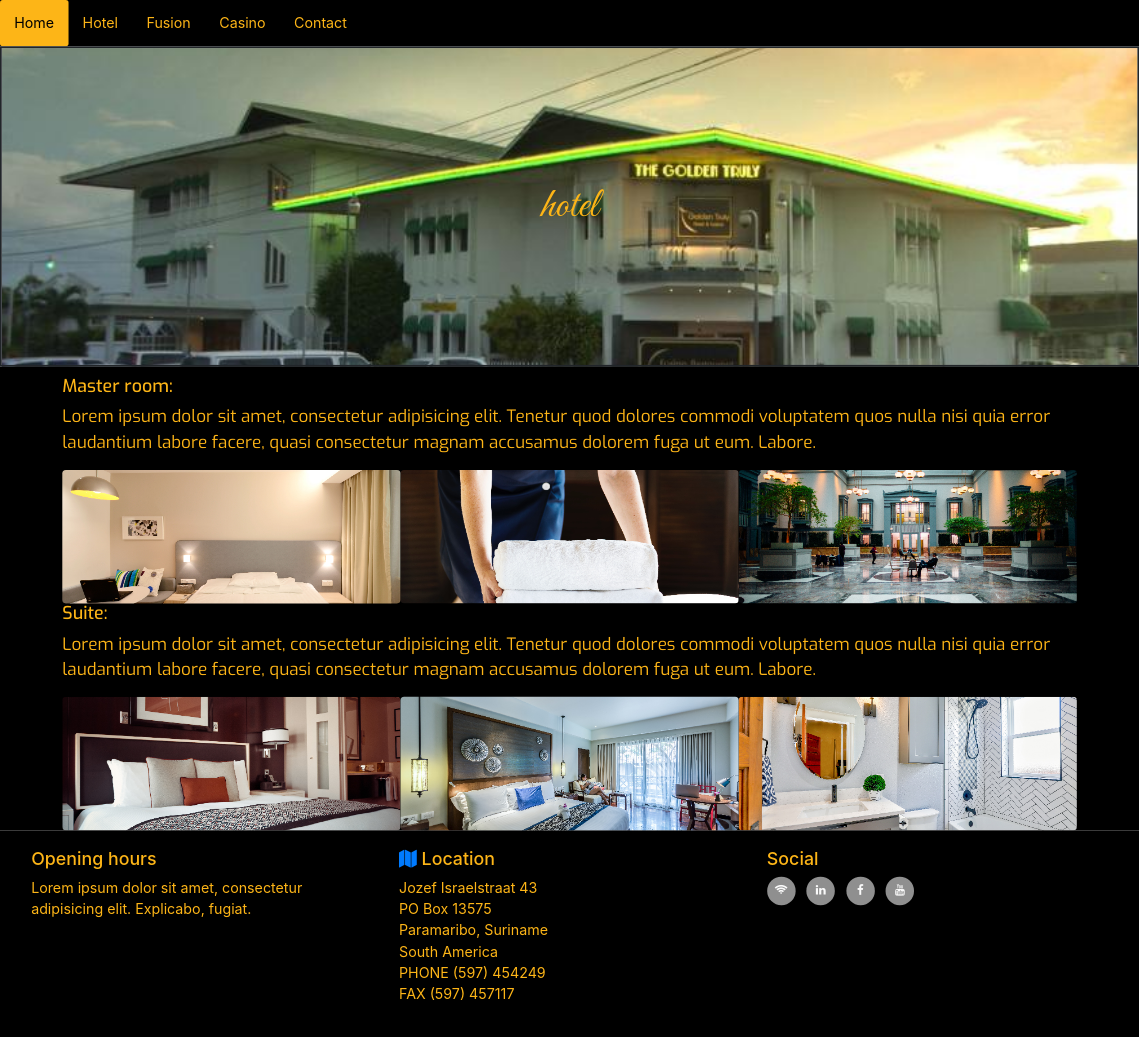
Repository: Code-Institute-Submissions/anthonycaf-Milestone1
Page: hotel.html
The author's editor kept a record of every edit. The page is drawn from the files as they stood at one moment, then again after the next edit.
The browser window is 1280 px wide. The pictures show the whole page, at 89% of full size.

Above is the page before.

### hotel.html
<!DOCTYPE html>
<html lang="en">

<head>
 <meta charset="UTF-8">
 <meta name="viewport" content="width=device-width, initial-scale=1.0">
 <meta http-equiv="X-UA-Compatible" content="ie=edge">
 <!--             links/bootstrap/fontawsome    -->
 <link rel="stylesheet" href="https://stackpath.bootstrapcdn.com/font-awesome/4.7.0/css/font-awesome.min.css" type="text/css" />
 <link rel="stylesheet" href="https://stackpath.bootstrapcdn.com/bootstrap/4.3.1/css/bootstrap.min.css" type="text/css" />
 <!--             main/css                      -->
 <link rel="stylesheet" href="./css/style.css" type="text/css" />
 <title>Golden Truly Hotel</title>
</head>

<body>
 <header>
  <ul Id="nav-bar">
   <li class="nav-bar-item"><a class="nav-link-item" href="index.html">Home</a></li>
   <li class="nav-bar-item"><a class="nav-link-item" href="hotel.html">Hotel</a></li>
   <li class="nav-bar-item"><a class="nav-link-item" href="fusion.html">Fusion</a></li>
   <li class="nav-bar-item"><a class="nav-link-item" href="casino.html">Casino</a></li>
   <li class="nav-bar-item"><a class="nav-link-item" href="contact.html">Contact</a></li>
  </ul>
  <div class="bg-image-title">
   <a href="index.html" class="img"></a>
   <h1 class="uppercase text-center" id="title">hotel</h1>
  </div>
 </header>
 <main>
  <div class="container">
   <div class="row now gutters">
    <h5 class="uppercase text-center">Master room:</h5>
    <p>Lorem ipsum dolor sit amet, consectetur adipisicing elit. Tenetur quod dolores commodi voluptatem quos nulla nisi quia error laudantium labore facere, quasi consectetur magnam accusamus dolorem fuga ut eum. Labore.</p>
    <div class="master-img1 col-4 bg-img-size">
     <a href="index.html"></a></div>
    <div class="master-img2 col-4 bg-img-size">
     <a href="hotel.html"></a></div>
    <div class="master-img3 col-4 bg-img-size">
     <a href="hotel.html"></a></div>
   </div>
  </div>
  <div class="container">
   <div class="row now gutters">
    <h5 class="uppercase text-center">Suite:</h5>
    <p>Lorem ipsum dolor sit amet, consectetur adipisicing elit. Tenetur quod dolores commodi voluptatem quos nulla nisi quia error laudantium labore facere, quasi consectetur magnam accusamus dolorem fuga ut eum. Labore.</p>
    <div class="suite-img1 col-4 bg-img-size">
     <a href="hotel.html"></a></div>
    <div class="suite-img2 col-4 bg-img-size">
     <a href="hotel.html"></a></div>
    <div class="suite-img3 col-4 bg-img-size">
     <a href="hotel.html"></a></div>
   </div>
  </div>
 </main>
 <footer class="container-fluid">
  <div id="footer-details" class="row">
   <div class="col-sm-4">
    <h5 class="uppercase general-sub">Opening hours</h5>
    <p class="inline-block">
     Lorem ipsum dolor sit amet, consectetur adipisicing elit. Explicabo, fugiat.
    </p>
   </div>
   <div class="col-sm-4">
    <h5 class="uppercase general-sub"> <a href="assets/cv/sample-cv.pdf" target="_blank" class="cv-pdf">
        <i class="fa fa-map marker alt" aria-hidden="true"></i>
        <span class="sr-only">Map link.</span>
       </a>Location</h5>
    <p class="inline-block">Jozef Israelstraat 43<br> PO Box 13575<br> Paramaribo, Suriname<br> South America<br> PHONE (597) 454249<br> FAX (597) 457117
    </p>

   </div>
   <div class="col-sm-4">
    <h5 class="uppercase general-sub">Social</h5>
    <ul class="list-inline social-links">
     <li class="list-inline-item">
      <a href="#" target="_blank">
          <i class="fa fa-wifi" aria-hidden="true"></i>
          <span class="sr-only">wifi</span>
         </a>
     </li>
     <li class="list-inline-item">
      <a href="#" target="_blank">
          <i class="fa fa-linkedin" aria-hidden="true"></i>
          <span class="sr-only">Linkedin</span>
         </a>
     </li>

     <li class="list-inline-item">
      <a href="#" target="_blank">
          <i class="fa fa-facebook" aria-hidden="true"></i>
          <span class="sr-only">facebook</span>
         </a>
     </li>

     <li class="list-inline-item">
      <a href="#" target="_blank">
          <i class="fa fa-youtube" aria-hidden="true"></i>
          <span class="sr-only">youtube</span>
         </a>
     </li>
    </ul>
   </div>
  </div>
 </footer>


</body>

</html>

### css/style.css
 /*------------google-fonts----------*/

 @import url('https://fonts.googleapis.com/css?family=Exo:100,200,300,400,500,600,700|Great+Vibes&display=swap:100,200,300,400,500,600,700');

 body {
     margin: 0;
 }

 /*------------- images --------------*/

 .master-img1 {
     background-image: url(../images/master1.jpg);
 }

 .master-img2 {
     background-image: url(../images/housekeeping.jpg);
 }

 .master-img3 {
     background-image: url(../images/design-lobby-ceiling.jpg);
 }

 .suite-img1 {
     background-image: url(../images/suit1.jpg);
 }

 .suite-img2 {
     background-image: url(../images/suite2.jpg);
 }

 .suite-img3 {
     background-image: url(../images/suite3.jpg);
 }

 .bg-image-title {
     background: url("../images/golden-truly-hotel.jpg");
 }

 /*------------main----------*/

 main {
     font-family: "Exo", sans-serif;
     font-size: 1.2em;
     width: 100%;
     background-color: #000000;
     color: #fdb517;
     margin: 0 auto;
     padding-top: 10px;

 }

 .bg-image-title {
     background-clip: border-box;
     background-position: center;
     background-repeat: no-repeat;
     background-size: cover;
     transition: all .5s ease-in-out;
     -moz-transition: all .5s ease-in-out;
     -webkit-transition: all .5s ease-in-out;
     height: 360px;
     border: 2px solid;
 }

 #title {
     color: #fdb517;
     font-family: "Great Vibes", sans-serif;
     font-size: 3em;
     text-align: center;
     padding-top: 150px;
 }

 #welcome {
     color: #fdb517;
     font-family: "Great Vibes", sans-serif;
     font-size: 2.5em;

 }

 .dl-list {
     max-width: 70%;
 }

 .section {
     padding-top: 10px;
     padding-bottom: 10px;
     margin: 0 auto;
     max-width: 70%;
 }

 /*-----------main nav-bar----------*/

 #nav-bar {
     width: 100vw;
     list-style-type: none;
     margin: 0;
     padding: 0;
     overflow: hidden;
     background-color: #000;
 }

 .nav-bar-item {
     float: left;
 }

 .nav-bar-item .nav-link-item {
     display: inline-block;
     color: #fdb517;
     text-align: center;
     padding: 8px 8px;
     text-decoration: none;
 }

 .nav-bar-item .nav-link-item:hover {
     background-color: #fdb517;
     color: #000000;
     border-radius: 3px;
     transition: all .8s ease-in-out;
 }

 .nav-bar-item {
     display: inline-block;
 }


 dd {
     color: #fafafa;
 }

 .room-services-item {
     margin-bottom: 0px;
     border-bottom-width: 20px;
     padding-bottom: 40px;
 }

 /*----------------iframe -----------*/

 iframe {
     width: 100%;
     height: 360px;
     border: none;
     margin: 0;
 }

 /*-----------main footer----------*/

 .container-fluid {
     background-color: #000000;
     color: #fdb517;

 }

 footer {
     background-color: #525252;
     color: #fafafa;
     min-height: 120px;
     margin: 0;
     padding: 0;
 }

 .social-links {
     padding-bottom: 15px;
 }

 .social-links li a i {
     width: 32px;
     height: 32px;
     padding: 12px 0;
     border-radius: 50%;
     font-size: 13px;
     line-height: 7px;
     text-align: center;
     color: #fafafa;
     background-color: #8f8f8f;
     transition: all 0.35s ease-in-out;
     -moz-transition: all 0.35s ease-in-out;
     -webkit-transition: all 0.35s ease-in-out;
     -o-transition: all 0.35s ease-in-out;
 }

 .social-links li a i:hover {
     background: #fdb517;
 }

 #footer-details {
     padding: 20px;
 }

 /*-----------hotel.html----------*/

 .bg-img-size {
     img
  border: 1px solid #ddd;
  border-radius: 4px;
  padding: 5px;
  width: 150px;




     background-clip: border-box;
     background-position: center;
     background-repeat: no-repeat;
     background-size: cover;
     width: 33.3%;
     height: 150px;
 }
 .bg-img-size:hover {
  box-shadow: 0 0 2px 1px rgba(0, 140, 186, 0.5);
}
 /*----------- contact.html/form --------*/

 .contact-heading,
 .contact-thanks {
     font-family: "Great Vibes", sans-serif;
     font-weight: 300;
     margin-top: 25px;
     margin-bottom: 20px;

 }

 form {
     padding-top: 10px;
     margin: 0 auto;
     max-width: 70%;
 }

 button[type="submit"] {
     margin-top: 15px;
     margin-bottom: 20px;
     color: #fdb517;
     background-color: #000000;

 }

 /*-------------------------------------Media queries*/

 @media(min-width: 992px) {
     .center-form {
         padding-top: 30px;
         min-height: 240px;
         margin: 0 auto;
         max-width: 50%;
     }
     .section {
         padding-top: 30px;
         padding-bottom: 30px;
         margin: 0 auto;
         max-width: 70%;
     }
     .dl-list {
         max-width: 70%;
     }
     .nav-bar-item .nav-link-item {
         padding: 14px 16px;
     }
 }

After the next edit:
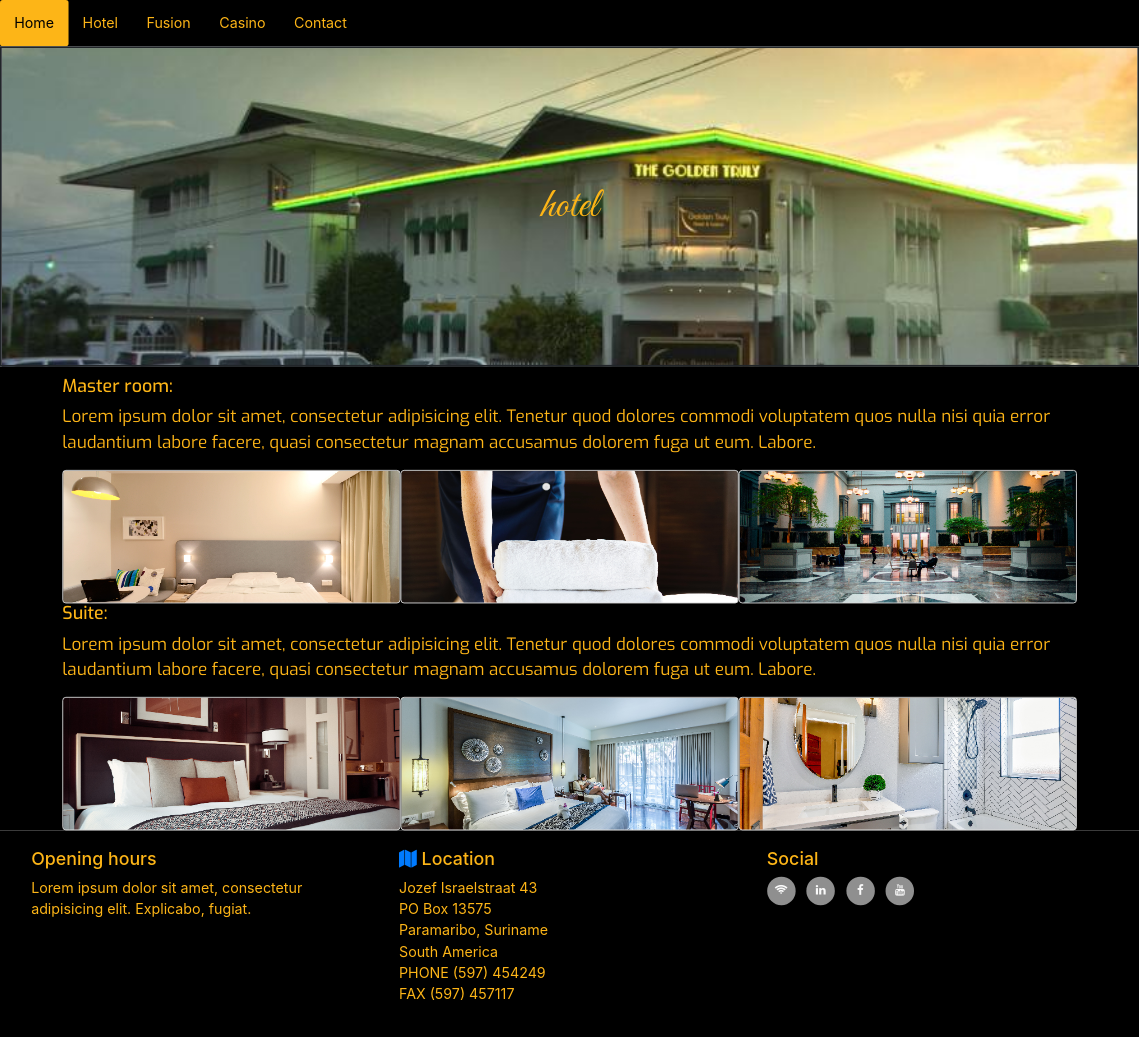
The edit:
--- a/css/style.css
+++ b/css/style.css
@@ -188,7 +188,7 @@
  /*-----------hotel.html----------*/
 
  .bg-img-size {
-     img
+
   border: 1px solid #ddd;
   border-radius: 4px;
   padding: 5px;

After the edit that followed:
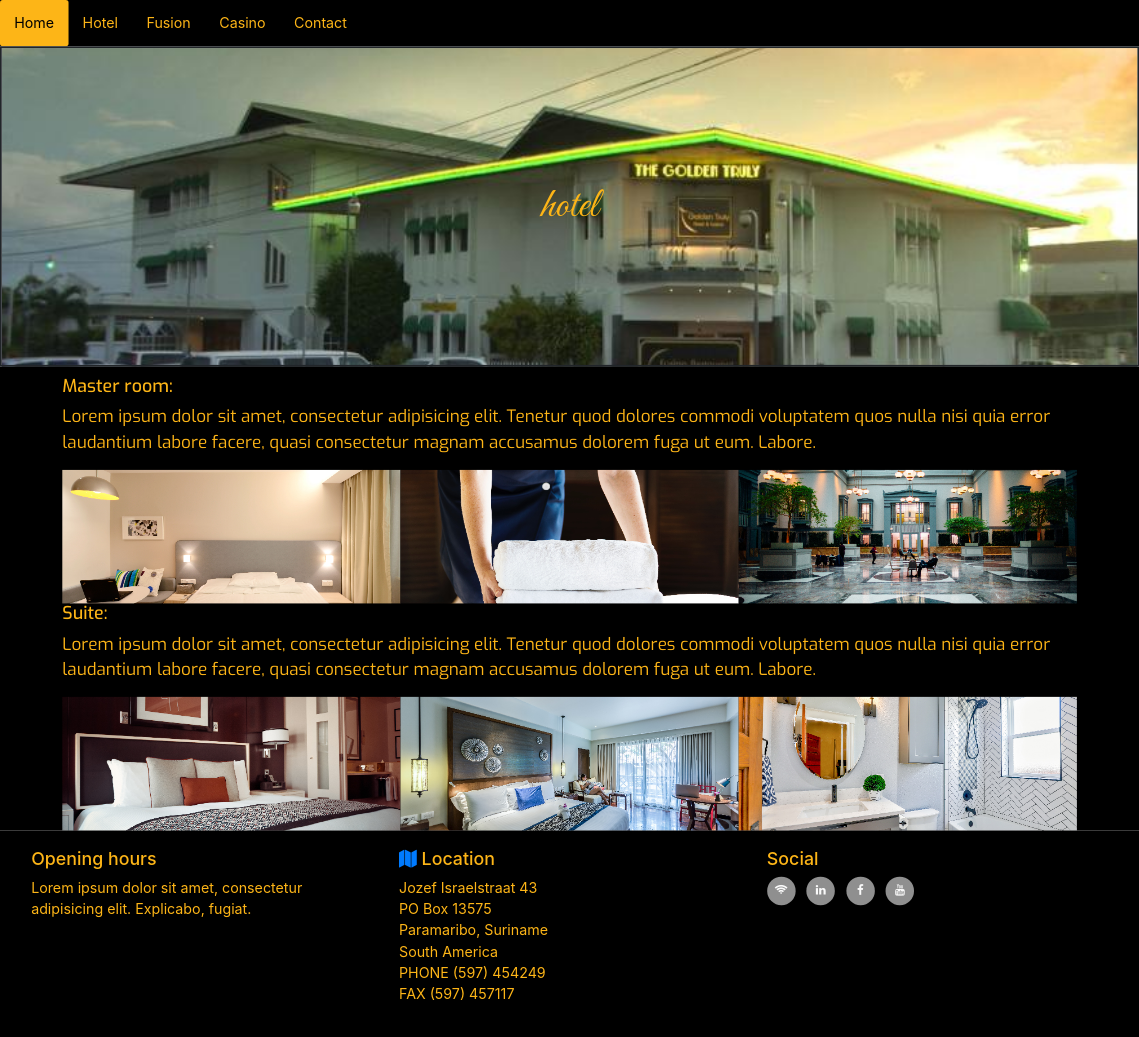
The edit:
--- a/css/style.css
+++ b/css/style.css
@@ -189,14 +189,6 @@
 
  .bg-img-size {
 
-  border: 1px solid #ddd;
-  border-radius: 4px;
-  padding: 5px;
-  width: 150px;
-
-
-
-
      background-clip: border-box;
      background-position: center;
      background-repeat: no-repeat;
